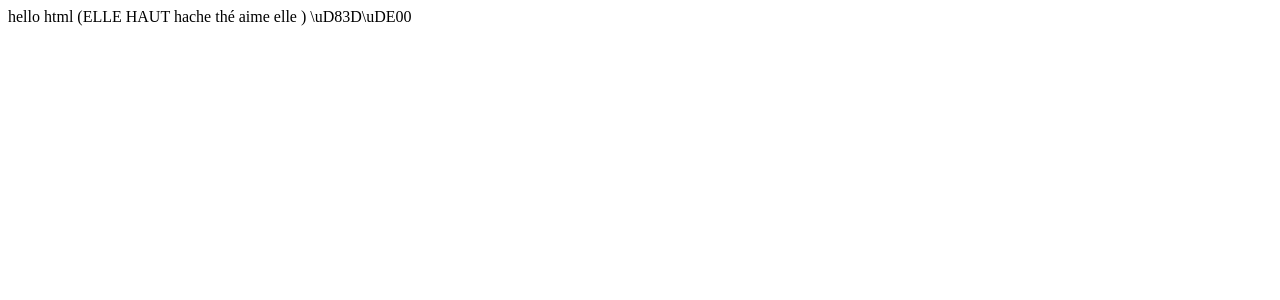
Repository: BAPTISTE-Ryan/webdev
Page: http://localhost/helloweb/HelloHtmlServlet
These files come from the project's save history. The page is drawn as it stood at one moment and after the next save; the edit follows.
The browser window is 1280 px wide. The pictures show the whole page.
The page is served by Tomcat 9.

Above is the page before, as saved 2018-04-13 07:48:53.

After the next save:
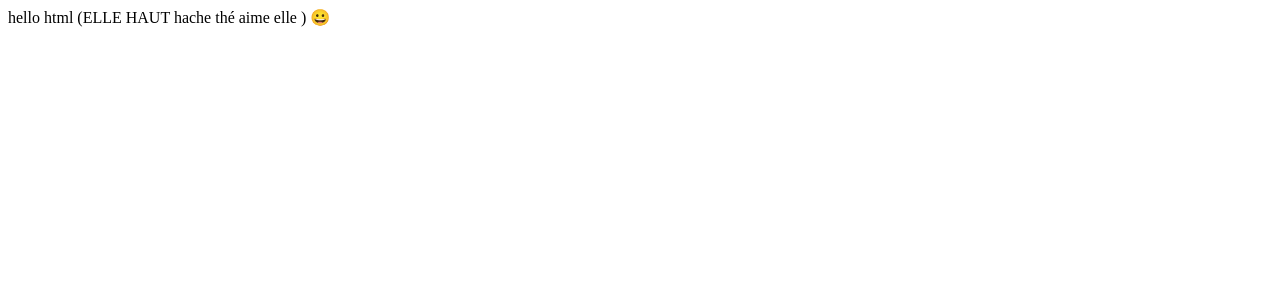
Saved 12 s later.
--- a/helloweb/src/com/shahmayim/hello/HelloHtmlServlet.java
+++ b/helloweb/src/com/shahmayim/hello/HelloHtmlServlet.java
@@ -30,7 +30,7 @@ public class HelloHtmlServlet extends HttpServlet {
 		//response.getWriter().append("Served at: ").append(request.getContextPath());
 		response.setHeader("Content-Type", "text/html");
 		response.setCharacterEncoding("UTF-8");
-		response.getWriter().append("<p> hello html  (ELLE HAUT  hache thé aime elle )  \\uD83D\\uDE00 </p>");
+		response.getWriter().append("<p> hello html  (ELLE HAUT  hache thé aime elle )  \uD83D\uDE00 </p>");
 	}
 
 	/**
